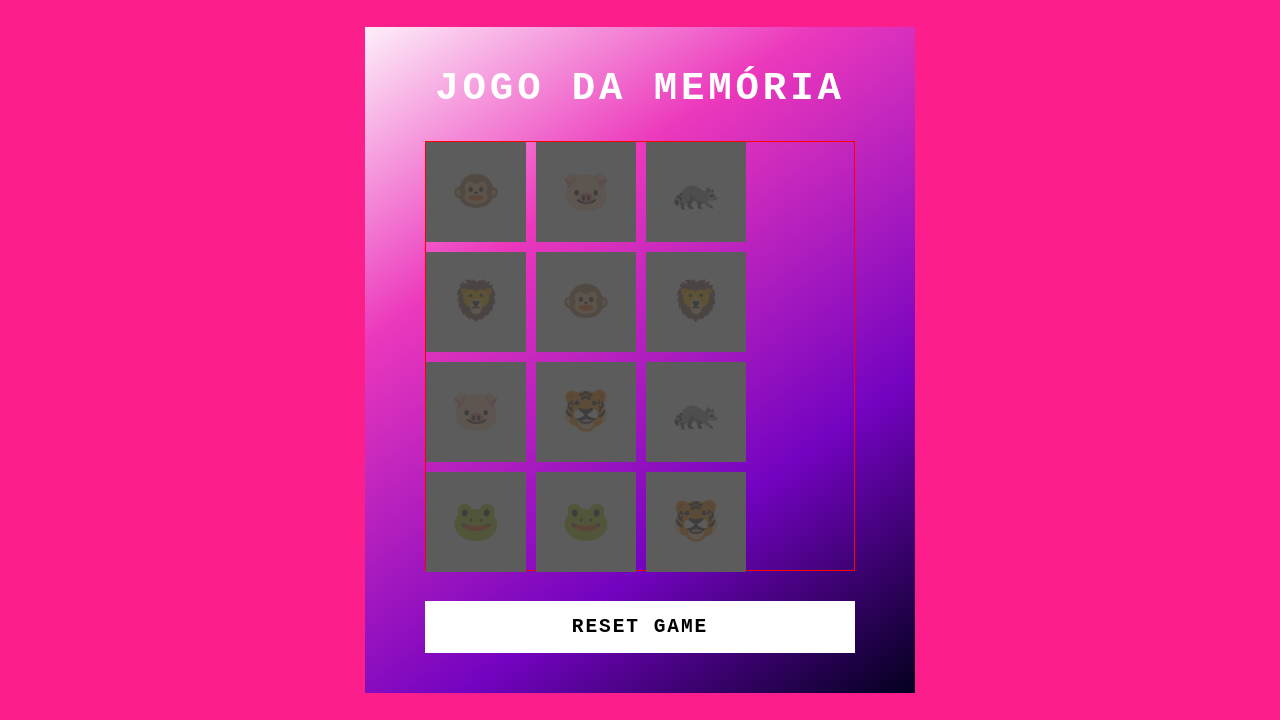
Repository: gustavotwist/memory-game
Page: index.html
An editor plug-in stored every save of this project. The page is shown before and after the next save, followed by the edit.
The browser window is 1280 px wide. The pictures show the whole page.
After loading, the first visible `div.item` was clicked once.

Above is the page before, as saved 2024-10-20 15:22:02.

### index.html
<!DOCTYPE html>
<html lang="pt-br">
<head>
    <meta charset="UTF-8">
    <meta name="viewport" content="width=device-width, initial-scale=1.0">
    <title>Jogo Da Memória</title>
    <link rel="stylesheet" href="./src/styles/reset.css">
    <link rel="stylesheet" href="./src/styles/main.css">
</head>
<body>
    <div class="container">
        <h2>JOGO DA MEMÓRIA</h2>
        <div class="game"></div>
        <button class="reset"
        onclick="window.location.reload()"
        >RESET GAME</button>
    </div>


    <script src="./src/scripts/engine.js" defer></script>
</body>
</html>

### src/styles/main.css
body {
    display: flex;
    justify-content: center;
    align-items: center;
    min-height: 100vh;
    background: #fc1e8a;
    user-select: none;
}

.container {
    position: relative;
    display: flex;
    flex-direction: column;
    justify-content: center;
    align-items: center;
    gap: 30px;
    background: linear-gradient(325deg, #03001e 0%, #7303c0 30%, #ec38bc 70%, #fdeff9 100%);
    padding: 40px 60px;
}

h2 {
    font-size: 3em;
    color: #fff;
    text-transform: uppercase;
    letter-spacing: 0.1em;
}

.reset {
    padding: 15px 20px;
    width: 100%;
    color: #000;
    background-color: #fff;
    border: none;
    font-size: 1.5em;
    letter-spacing: 0.1em;
    text-transform: uppercase;
    cursor: pointer;
    font-weight: 600;
}

.reset:focus {
    color: #ec38bc;
    background-color: #262809;
}

.game {
    border: 1px solid red;
    width: 430px;
    height: 430px;
    display: flex;
    flex-wrap: wrap;
    gap: 10px;
    transform-style: preserve-3d;
    perspective: 500px;
}

.item {
    position: relative;
    width: 100px;
    height: 100px;
    display: flex;
    align-items: center;
    justify-content: center;
    background-color: #fff;

    font-size: 3em;
    transform: rotateY(180deg);
    transition: 0.25s;
}

.item::after {
    content: "";
    position: absolute;
    inset: 0;
    background: #404040;
    transition: 0.25s;
    transform: rotateY(0deg);
    backface-visibility: hidden;
    opacity: 0.85;
}

.item.boxOpen {
    transform: rotateY(0deg);
}

.boxOpen::after {
    transform: rotateY();
}

### src/scripts/engine.js
const emojis = [
    "🦁",
    "🦁",
    "🐯",
    "🐯",
    "🐷",
    "🐷",
    "🦝",
    "🦝",
    "🐵",
    "🐵",
    "🐸",
    "🐸",
];
let openCards = [];

let shuffleEmojis = emojis.sort(() => (Math.random() > 0.5 ? 2 : -1));

for(let i=0; i < emojis.length; i++) {
    let box = document.createElement("div");
    box.className = "item";
    box.innerHTML = shuffleEmojis[i];
    box.onclick = handleClick;
    document.querySelector(".game").appendChild(box);
}

function handleClick() {
    if(openCards.length < 2) {
        this.classList.add("boxOpen");
        openCards.push(this);
    }

    if(openCards.length == 2) {
        setTimeout(checkMatch, 500);
    }
}

function checkMatch() {

}

Loaded but not shown: src/styles/reset.css (common file)

After the next save:
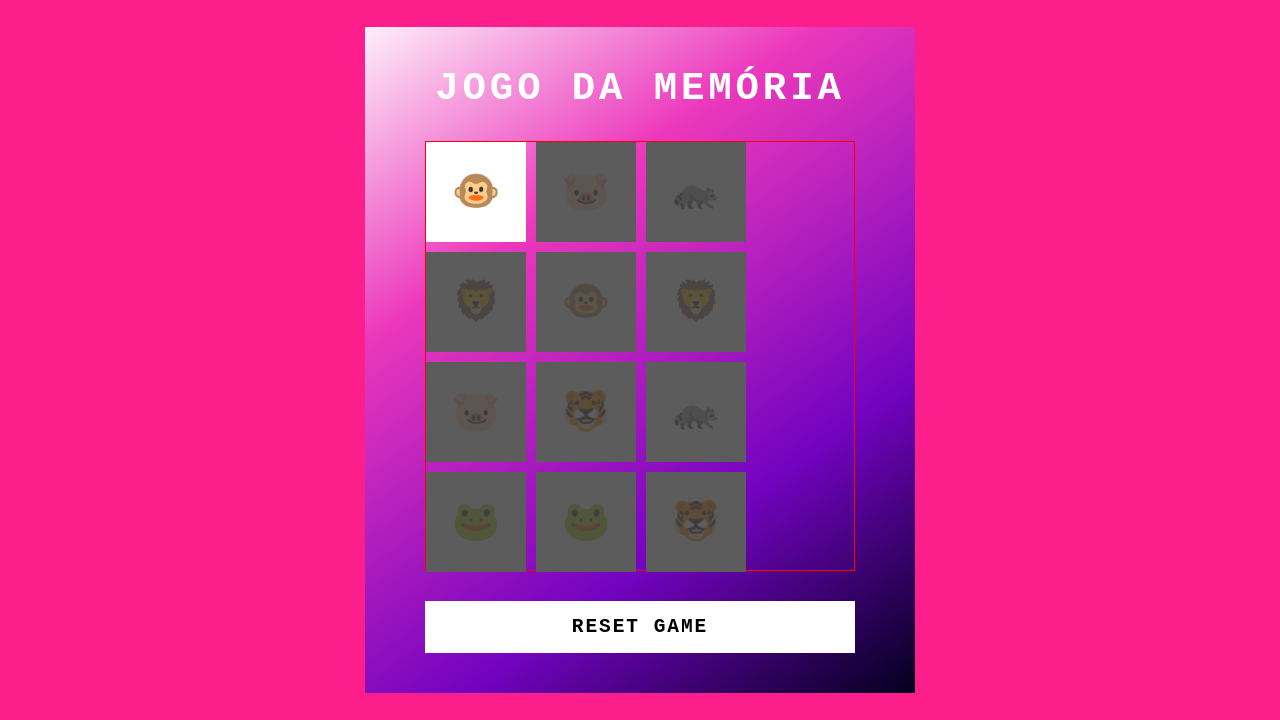
Saved 20 s later.
--- a/src/styles/main.css
+++ b/src/styles/main.css
@@ -84,5 +84,5 @@
 }
 
 .boxOpen::after {
-    transform: rotateY();
+    transform: rotateY(180deg);
 }

After the save that followed:
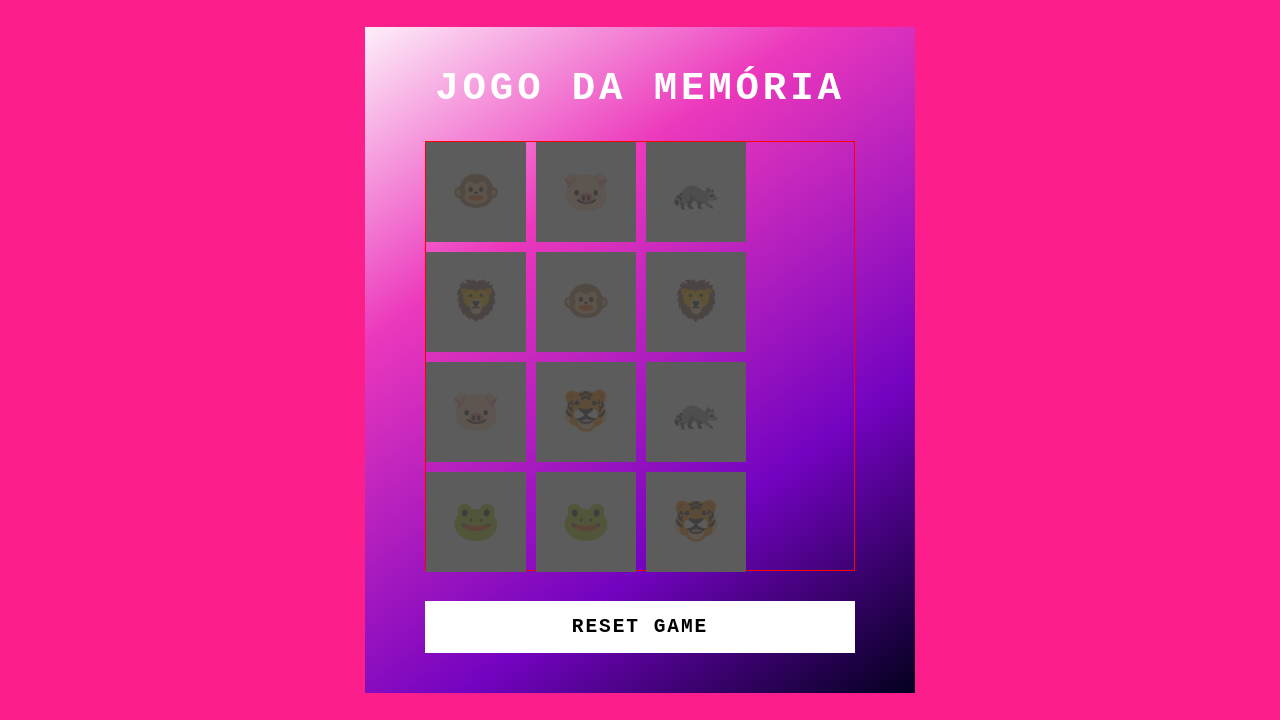
Saved 4 min 29 s later.
--- a/src/styles/main.css
+++ b/src/styles/main.css
@@ -83,6 +83,6 @@
     transform: rotateY(0deg);
 }
 
-.boxOpen::after {
+.boxOpen::after, {
     transform: rotateY(180deg);
 }
